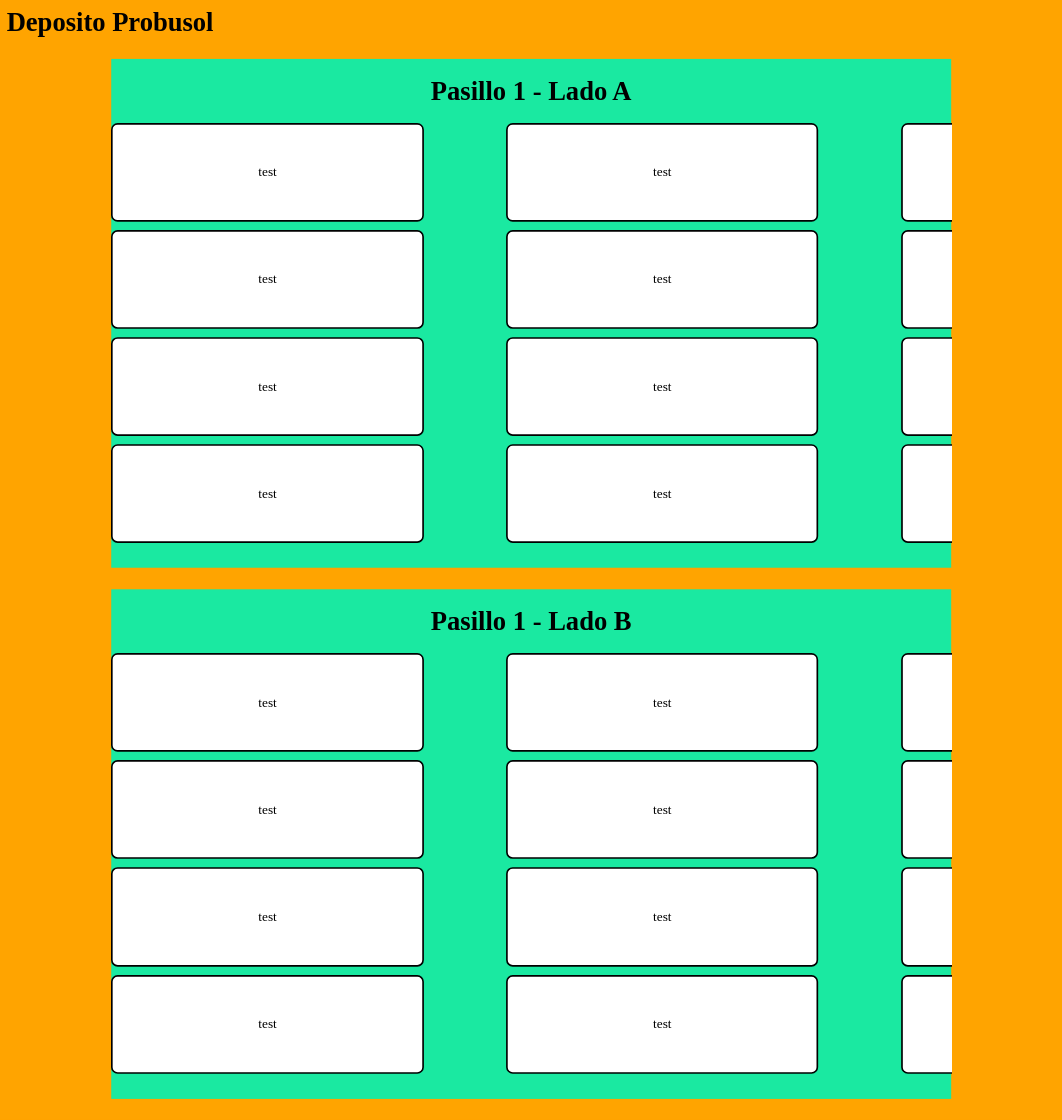
Repository: Franzcod/DepoStock_Web
Page: index.html
An editor plug-in stored every save of this project. The page is shown before and after the next save, followed by the edit.
The browser window is 1280 px wide. The pictures show the whole page, at 83% of full size.

Above is the page before, as saved 2020-06-07 02:57:56.
Console error: ReferenceError: ur is not defined

After the next save:
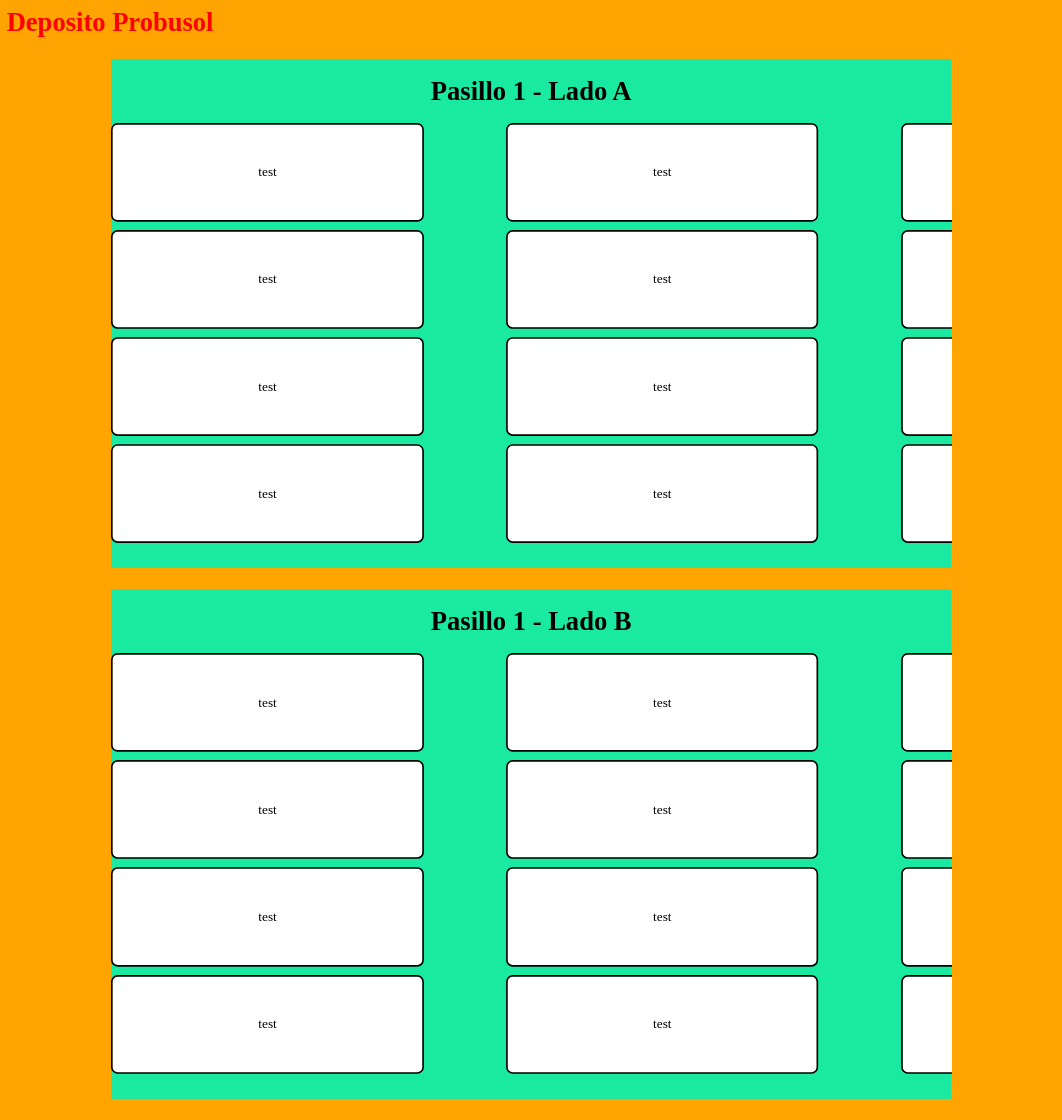
Saved 20 s later.
--- a/estilo/estilo.css
+++ b/estilo/estilo.css
@@ -2,8 +2,8 @@ html{
     background-color: rgba(255, 164, 0, 1);
 }
 
-#titulo{
-    margin: auto auto;
+.titulo{
+    color: red;
 }
 
 #div2 {
